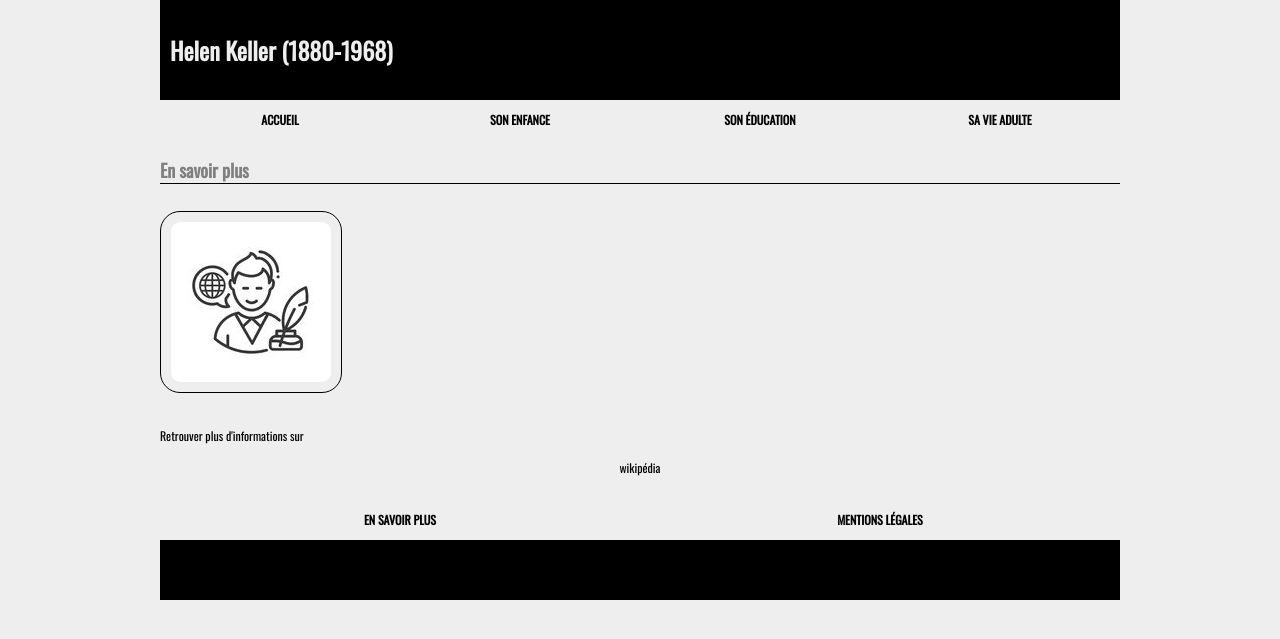
Repository: Luc010/Exercices
Page: HTML CSS/biographie_helen_keller/savoirplus.html
An editor plug-in stored every save of this project. The page is shown before and after the next save, followed by the edit.
The browser window is 1280 px wide. The pictures show the whole page.

Above is the page before, as saved 2019-09-04 16:30:55.

After the next save:
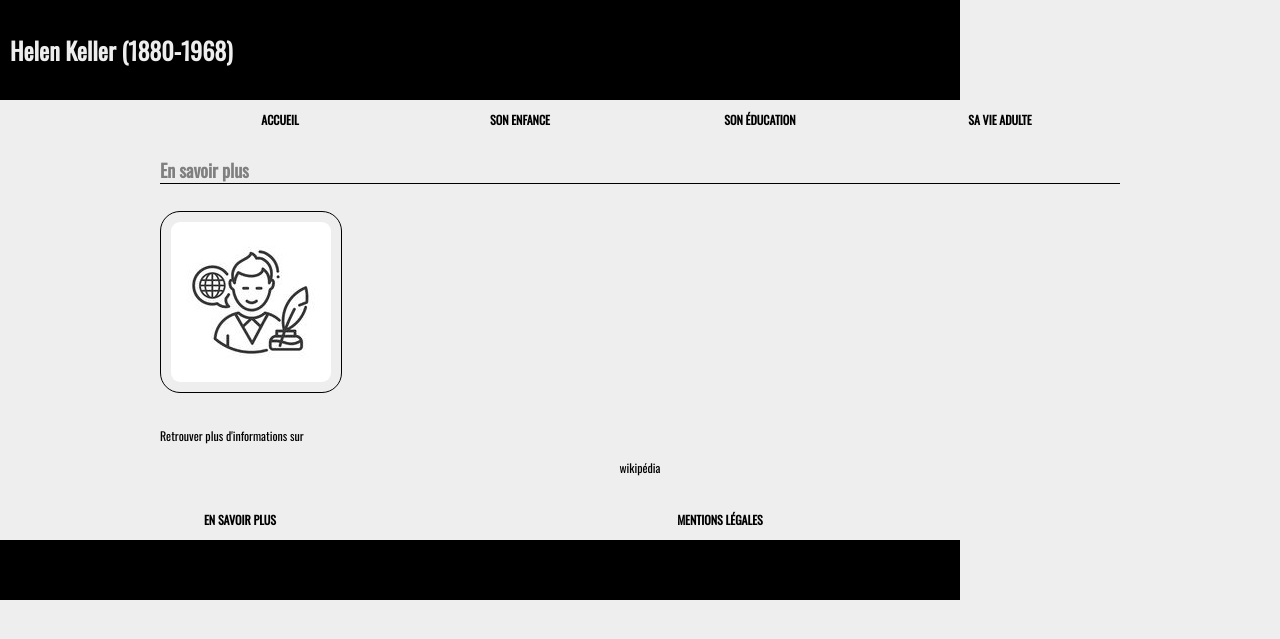
Saved 4 s later.
--- a/HTML CSS/biographie_helen_keller/style.css
+++ b/HTML CSS/biographie_helen_keller/style.css
@@ -13,7 +13,7 @@
     line-height: 100px;
     margin-left: auto;
     margin-right: auto;
-    margin/0;
+    margin:0;
 }
 h1{
     color: #eee;

After the save that followed:
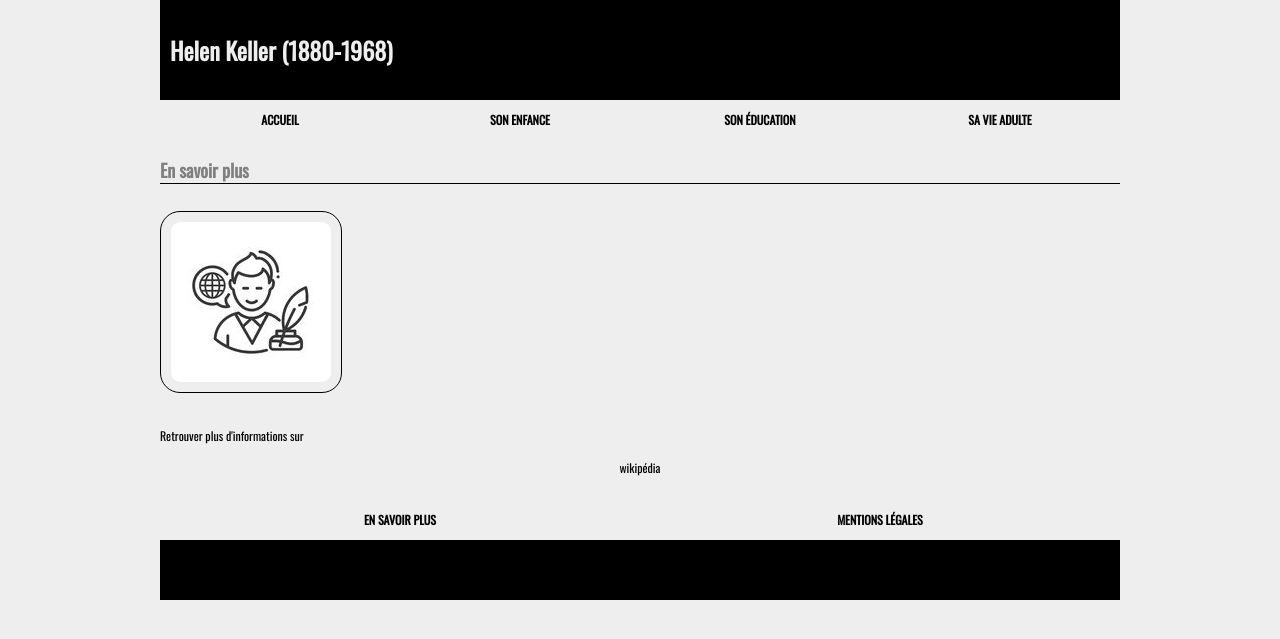
Saved 12 s later.
--- a/HTML CSS/biographie_helen_keller/style.css
+++ b/HTML CSS/biographie_helen_keller/style.css
@@ -13,7 +13,6 @@
     line-height: 100px;
     margin-left: auto;
     margin-right: auto;
-    margin:0;
 }
 h1{
     color: #eee;
